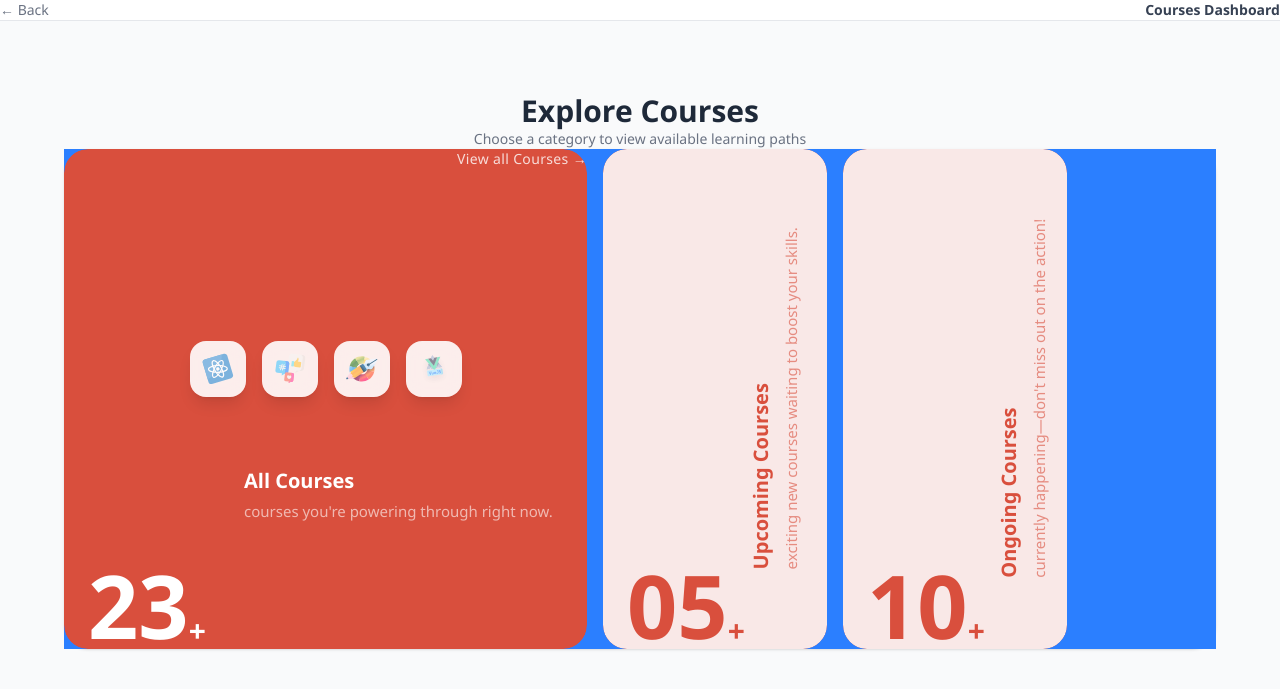
Repository: RahulRajKhadka/nextjs-dashboard-app
Page: /task2
The author's editor kept a copy of each file at every save. The page is drawn from the files as they stood at one save, then again after the next save.
The browser window is 1280 px wide. The pictures show the whole page.
The project was rebuilt for these pictures with package versions that can differ from the ones it lists, and the page was loaded fresh each time. The framework's server and built-in components were replaced by stand-ins that run in the browser. Also part of the build but not shown: next.config.ts.

Above is the page before, as saved 2026-04-10 14:03:07.

### src/app/layout.tsx
import type { Metadata } from "next";
import "./globals.css";

export const metadata: Metadata = {
  title: "SkillShikshya Tasks",
  description: "Frontend & Logical Tasks",
};

export default function RootLayout({
  children,
}: {
  children: React.ReactNode;
}) {
  return (
    <html lang="en">
      <body>{children}</body>
    </html>
  );
}

### src/app/task2/page.tsx
"use client";
import dynamic from "next/dynamic";
import Link from "next/link";

const CourseCards = dynamic(() => import("@/components/task2/CourseCards"), {
  loading: () => (
    <div className="flex items-center justify-center h-[300px] text-gray-400 text-sm">
      Loading courses...
    </div>
  ),
  ssr: false,
});

export default function Task2Page() {
  return (
    <main className="min-h-screen bg-gray-50 flex flex-col">

      {/* Top Bar */}
      <div className="flex items-center justify-between px-6 md:px-10 py-4 border-b border-gray-200 bg-white">
        <Link
          href="/"
          className="text-sm text-gray-500 hover:text-gray-900 transition-colors"
        >
          ← Back
        </Link>

        <span className="text-sm font-semibold text-gray-700">
          Courses Dashboard
        </span>
      </div>

      {/* Centered Content */}
      <div className="flex-1 flex items-center justify-center px-4 py-10">

        <div className="w-full max-w-6xl">

          {/* Heading */}
          <div className="mb-8 text-center mt-10">
            <h1 className="text-3xl font-bold text-gray-800">
              Explore Courses
            </h1>
            <p className="text-gray-500 text-sm mt-2">
              Choose a category to view available learning paths
            </p>
          </div>

          {/* Cards */}
          <div className="bg-white rounded-3xl shadow-sm p-4 md:p-6">
            <CourseCards />
          </div>

        </div>

      </div>
    </main>
  );
}

### src/app/globals.css
@import "tailwindcss";

* {
  margin: 0;
  padding: 0;
  box-sizing: border-box;
}

html {
  scroll-behavior: smooth;
}

body {
  font-family: "Segoe UI", sans-serif;
  background-color: #f5f5f5;
}

.vertical-text {
  writing-mode: vertical-rl;
  transform: rotate(180deg);
}

### src/components/task2/CourseCards.tsx
"use client";

import { useState, useRef, useLayoutEffect } from "react";
import CourseCard from "./CourseCard";
import { courseCardsData } from "./courseCardsData";
import gsap from "gsap";

export default function CourseCards() {
  const [expandedId, setExpandedId] = useState<number>(1);
  const [directionMap, setDirectionMap] = useState<Map<number, "left" | "right">>(new Map());

  const cardRefs = useRef<(HTMLDivElement | null)[]>([]);
  const containerRef = useRef<HTMLDivElement>(null);
  const expandedWidth = useRef(0);
  const collapsedWidth = useRef(0);
  const isAnimating = useRef(false);

  useLayoutEffect(() => {
    const container = containerRef.current;
    if (!container) return;

    const totalWidth = container.clientWidth;
    const gap = 16;
    const totalGap = gap * (courseCardsData.length - 1);
    const unit = (totalWidth - totalGap) / courseCardsData.length;

    expandedWidth.current = unit * 1.4;
    collapsedWidth.current = unit * 0.6;

    const initialDirectionMap = new Map<number, "left" | "right">();
    courseCardsData.forEach((course, index) => {
      initialDirectionMap.set(course.id, index === 0 ? "right" : "left");
    });
    setDirectionMap(initialDirectionMap);

    cardRefs.current.forEach((el, i) => {
      if (el) {
        gsap.set(el, {
          width:
            courseCardsData[i].id === 1
              ? expandedWidth.current
              : collapsedWidth.current,
        });
      }
    });
  }, []);

  const getDirectionForCard = (clickedId: number, currentExpandedId: number): "left" | "right" => {
    const clickedIndex = courseCardsData.findIndex((c) => c.id === clickedId);
    const expandedIndex = courseCardsData.findIndex((c) => c.id === currentExpandedId);
    return clickedIndex < expandedIndex ? "left" : "right";
  };

  const isCardLeftmost = (cardId: number): boolean => {
    return courseCardsData.findIndex((c) => c.id === cardId) === 0;
  };

  const handleCardClick = (courseId: number) => {
    if (courseId === expandedId || isAnimating.current) return;

    const newDirection = getDirectionForCard(courseId, expandedId);
    const prevIndex = courseCardsData.findIndex((c) => c.id === expandedId);
    const newIndex = courseCardsData.findIndex((c) => c.id === courseId);

    isAnimating.current = true;

    const tl = gsap.timeline({
      onComplete: () => {
        isAnimating.current = false;
      },
    });

    setDirectionMap((prev) => {
      const newMap = new Map(prev);
      newMap.set(courseId, newDirection);
      return newMap;
    });

  tl.to({}, { duration: 0.08 })

.to(cardRefs.current[prevIndex], {
  width: collapsedWidth.current,
  duration: 0.45,
  ease: "power2.inOut",
})

.to(
  cardRefs.current[newIndex],
  {
    width: expandedWidth.current,
    duration: 0.5,
    ease: "power3.out",
  },
  "-=0.2" // 👈 starts before collapse fully ends
)

.call(() => {
  setExpandedId(courseId);
});
  };

  return (
    <div
      ref={containerRef}
      className="flex gap-4 w-full p-8 bg-blue-500 h-[500px]"
    >
      {courseCardsData.map((course, i) => (
        <div
          key={course.id}
          ref={(el) => (cardRefs.current[i] = el)}
          className="shrink-0 overflow-hidden rounded-3xl"
        >
          <CourseCard
            course={course}
            isExpanded={expandedId === course.id}
            direction={directionMap.get(course.id) || (i === 0 ? "right" : "left")}
            isLeftmost={isCardLeftmost(course.id)}
            onClick={() => handleCardClick(course.id)}
          />
        </div>
      ))}
    </div>
  );
}

### src/components/task2/CourseCard.tsx
"use client";

import Image from "next/image";
import { useRef, useLayoutEffect } from "react";
import { CourseCard as CourseCardType } from "@/types";
import gsap from "gsap";

interface Props {
  course: CourseCardType;
  isExpanded: boolean;
  onClick: () => void;
  direction: "left" | "right";
  isLeftmost?: boolean;
}

export default function CourseCard({
  course,
  isExpanded,
  onClick,
  direction,
  isLeftmost = false,
}: Props) {
  const numberRef = useRef<HTMLDivElement>(null);
  const collapsedLabelRef = useRef<HTMLDivElement>(null);
  const iconsRef = useRef<(HTMLSpanElement | null)[]>([]);
  const topbarRef = useRef<HTMLDivElement>(null);
  const expandedViewRef = useRef<HTMLDivElement>(null);
  const circleRef = useRef<HTMLDivElement>(null);

  useLayoutEffect(() => {
    if (!numberRef.current || !collapsedLabelRef.current) return;

    if (isExpanded) {
      // Create a timeline for smooth coordination
      const tl = gsap.timeline();

      // Show expanded view
      gsap.set(expandedViewRef.current, { display: "grid" });

      // Measure label and number positions
      const labelRect = collapsedLabelRef.current.getBoundingClientRect();
      const numberRect = numberRef.current.getBoundingClientRect();

      // Calculate target position (beside number with 16px gap)
      const targetX = numberRect.right + 16 - (labelRect.left + labelRect.width / 2);
      const targetY = numberRect.bottom - labelRect.height / 2 - labelRect.top - labelRect.height / 2;

      // 1. Circle wipe animation
      tl.to(circleRef.current, {
        clipPath: "circle(0% at 0% 100%)",
        duration: 1.2,
        ease: "power3.inOut",
      }, 0);

      // 2. Label animation (rotate + move) - starts at same time
      tl.fromTo(collapsedLabelRef.current,
        {
          rotation: -90,
          x: 0,
          y: 0,
          color: course.textColor,
        },
        {
          rotation: 0,
          x: 180,
          y: targetY,
          color: "#ffffff",
          duration: 0.8,
          ease: "back.out(0.3)",
        }, 0
      );

      // 3. Number color change
      tl.to(numberRef.current, {
        color: "#ffffff",
        duration: 0.4,
      }, 0.2);

      // 4. Top bar animation
      const topbarFromX = direction === "left" ? 60 : -60;
      tl.fromTo(topbarRef.current,
        { opacity: 0, y: -15, x: topbarFromX },
        {
          opacity: 1,
          y: 0,
          x: 0,
          duration: 0.5,
          ease: "power2.out",
        }, 0.3
      );

      // 5. Icons animation (staggered)
      const iconsFromX = direction === "left" ? 120 : -120;
      gsap.set(iconsRef.current, { x: iconsFromX, opacity: 0 });
      iconsRef.current.forEach((icon, i) => {
        tl.to(icon, {
          x: 0,
          opacity: 1,
          duration: 0.4,
          ease: "power2.out",
        }, 0.4 + i * 0.08);
      });

    } else {
      // COLLAPSE ANIMATIONS - Smooth reverse
      const tl = gsap.timeline();

      // 1. Circle expands back
      tl.to(circleRef.current, {
        clipPath: "circle(130% at 0% 80%)",
        duration: 0.8,
        ease: "power3.inOut",
      }, 0);

      // 2. Label returns to collapsed position
      tl.to(collapsedLabelRef.current, {
        rotation: -90,
        x: 0,
        y: 0,
        color: course.textColor,
        duration: 0.6,
        ease: "power2.inOut",
      }, 0);

      // 3. Number color returns
      tl.to(numberRef.current, {
        color: course.textColor,
        duration: 0.3,
      }, 0.1);

      // 4. Hide expanded view
      tl.set(expandedViewRef.current, {
        display: "none"
      }, 0.3);

      // 5. Reset icons and topbar
      tl.set(iconsRef.current, {
        clearProps: "x,opacity"
      }, 0.4);

      tl.set(topbarRef.current, {
        clearProps: "x,y,opacity"
      }, 0.4);
    }
  }, [isExpanded, direction, course.textColor]);

  return (
    <div
      onClick={onClick}
      className="relative rounded-3xl overflow-hidden cursor-pointer h-full w-full"
      style={{ backgroundColor: course.bgExpanded }}
    >
      {/* Background circle */}
      <div
        ref={circleRef}
        className="absolute inset-0 z-[1]"
        style={{
          backgroundColor: course.bg,
          clipPath: "circle(150% at 0% 100%)",
        }}
      />

      {/* NUMBER — always bottom-left */}
      <div className="absolute bottom-0 left-6 z-[3] flex items-end p-4 pointer-events-none">
        <div ref={numberRef} className="flex items-end" style={{ color: course.textColor }}>
          <span
            className="font-black leading-none"
            style={{
              fontSize: "clamp(3.5rem,7vw,5.5rem)",
              color: "inherit",
            }}
          >
            {String(course.count).padStart(2, "0")}
          </span>
          <span className="font-black text-3xl mb-2 ml-1" style={{ color: "inherit" }}>
            +
          </span>
        </div>
      </div>

      {/* SINGLE LABEL — starts centered, rotates and moves on expand */}
      <div className="absolute inset-0 z-[4] flex items-center  pointer-events-none">
        <div
          ref={collapsedLabelRef}
          className="flex flex-col gap-1"
          style={{
            transform: "rotate(-90deg)",
            color: course.textColor,
          }}
        >
          <span className="font-bold text-[20px] whitespace-nowrap" style={{ color: "inherit" }}>
            {course.label}
          </span>
          <p className="text-[15px] opacity-60 whitespace-nowrap" style={{ color: "inherit" }}>
            {course.sublabel}
          </p>
        </div>
      </div>

      {/* EXPANDED VIEW — topbar + icons only */}
      <div
        ref={expandedViewRef}
        className="absolute inset-0 z-[2] p-5"
        style={{
          display: isExpanded ? "grid" : "none",
          gridTemplateRows: "auto 1fr auto",
        }}
      >
        {/* Row 1: topbar */}
        <div ref={topbarRef} className="flex justify-end mt-40 opacity-0">
          <span className="text-white/80 text-sm font-medium tracking-wide">
            View all Courses →
          </span>
        </div>

        {/* Row 2: icons */}
        <div className="flex gap-4 items-center justify-center">
          {course.icons?.map((iconPath, i) => (
            <span
              key={i}
              ref={(el) => (iconsRef.current[i] = el)}
              className="w-14 h-14 rounded-2xl bg-white/90 backdrop-blur-sm flex items-center justify-center shadow-lg"
            >
              <Image src={iconPath} alt="" width={32} height={32} className="opacity-80" />
            </span>
          ))}
        </div>

        {/* Row 3: empty spacer */}
        <div className="h-20" />
      </div>
    </div>
  );
}

### src/components/task2/courseCardsData.ts
import { CourseCard } from "@/types";

export const courseCardsData: CourseCard[] = [
  {
    id: 1,
    count: "23",
    label: "All Courses",
    sublabel: "courses you're powering through right now.",
    bg: "#F9E8E7",        // ← was "#D94F3D", should be light pink
    textColor: "#D94F3D",  // ← was "white", red for collapsed state
    bgExpanded: "#D94F3D",
    icons: ["/images/react.svg", "/images/likes.svg", "/images/design.svg", "/images/view.svg"],
  },
  {
    id: 2,
    count: "05",
    label: "Upcoming Courses",
    sublabel: "exciting new courses waiting to boost your skills.",
    bg: "#F9E8E7",
    textColor: "#D94F3D",
    bgExpanded: "#D94F3D",
    icons: ["/images/react.svg", "/images/likes.svg", "/images/design.svg", "/images/view.svg"],
  },
  {
    id: 3,
    count: "10",
    label: "Ongoing Courses",
    sublabel: "currently happening—don't miss out on the action!",
    bg: "#F9E8E7",
    textColor: "#D94F3D",
    bgExpanded: "#D94F3D",
    icons: ["/images/react.svg", "/images/likes.svg", "/images/design.svg", "/images/view.svg"],
  },
];

After the next save:
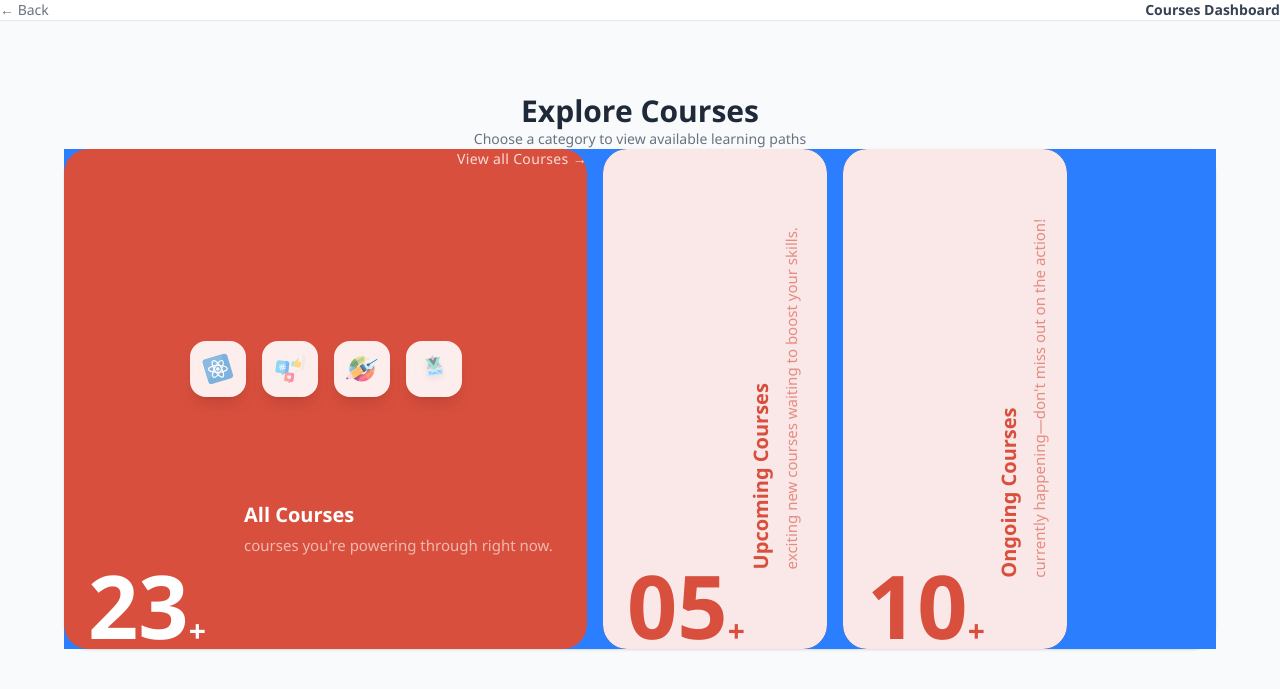
Saved 5 s later.
--- a/src/components/task2/CourseCard.tsx
+++ b/src/components/task2/CourseCard.tsx
@@ -63,7 +63,7 @@ export default function CourseCard({
         {
           rotation: 0,
           x: 180,
-          y: targetY,
+          y: 130,
           color: "#ffffff",
           duration: 0.8,
           ease: "back.out(0.3)",
